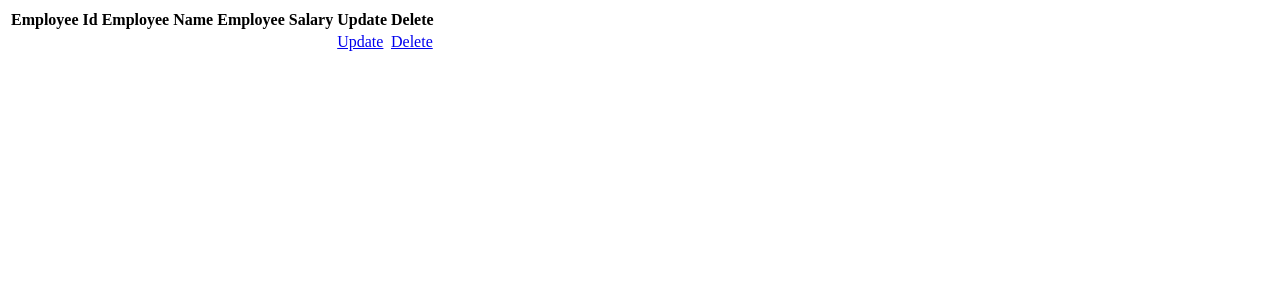
Repository: aamir5773/Spring
Page: http://localhost/SpringMvcEmployeeManagement-1WithJdbc/viewEmployee.do
These files come from the project's save history. The page is drawn as it stood at one moment and after a run of saves; the edit follows.
The browser window is 1280 px wide. The pictures show the whole page.
The page is served by Tomcat 9. Queries for data that is not in the repository find no rows.

Above is the page before, as saved 2019-11-14 10:37:17.

After the next 2 saves:
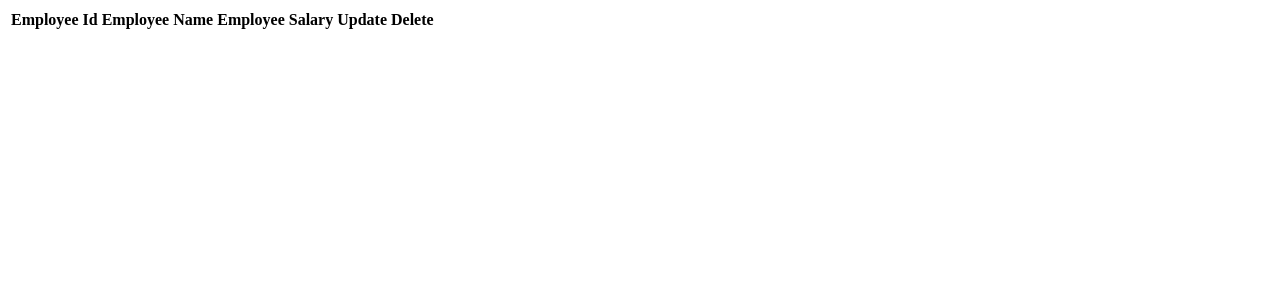
The 2 saves are shown as one change because they came seconds apart.
The last was saved 21 s later.
--- a/SpringMvcEmployeeManagement-1WithJdbc/WebContent/WEB-INF/pages/ViewEmployee.jsp
+++ b/SpringMvcEmployeeManagement-1WithJdbc/WebContent/WEB-INF/pages/ViewEmployee.jsp
@@ -15,24 +15,7 @@
 			<th>Employee Salary</th>
 			<th>Update</th>
 			<th>Delete</th>
-		</tr>
-		 <c:forEach var="emp" items="${ requestScope.employeeList }">
-			<%--<c:url var="deleteUrl" value="delete.do">
-				<c:param name="username" value="${ emp.employeeId}"></c:param>
-			</c:url> --%>
-			<%-- <c:url var="updateUrl" value="UpdateUser.jsp">
-				<c:param name="employeeId" value="${emp.employeeId}"></c:param>
-				<c:param name="employeeName" value="${emp.employeeName}"></c:param>
-				<c:param name="employeeSalary" value="${emp.employeeSalary}"></c:param>
-			</c:url> --%>
-			<tr>
-				<td> <c:out value="${ emp.employeeId}"></c:out> </td>
-				<td> <c:out value="${ emp.employeeName }"></c:out> </td>
-				<td> <c:out value="${ emp.employeeSalary}"></c:out> </td>
-				<td><a href='<c:out value="${ updateUrl }"></c:out>'>Update</a></td>
-				<td><a href='<c:out value="${ deleteUrl }"></c:out>'>Delete</a></td>
-			</tr>
-		</c:forEach>
+
 		</table>
 </body>
 </html>
